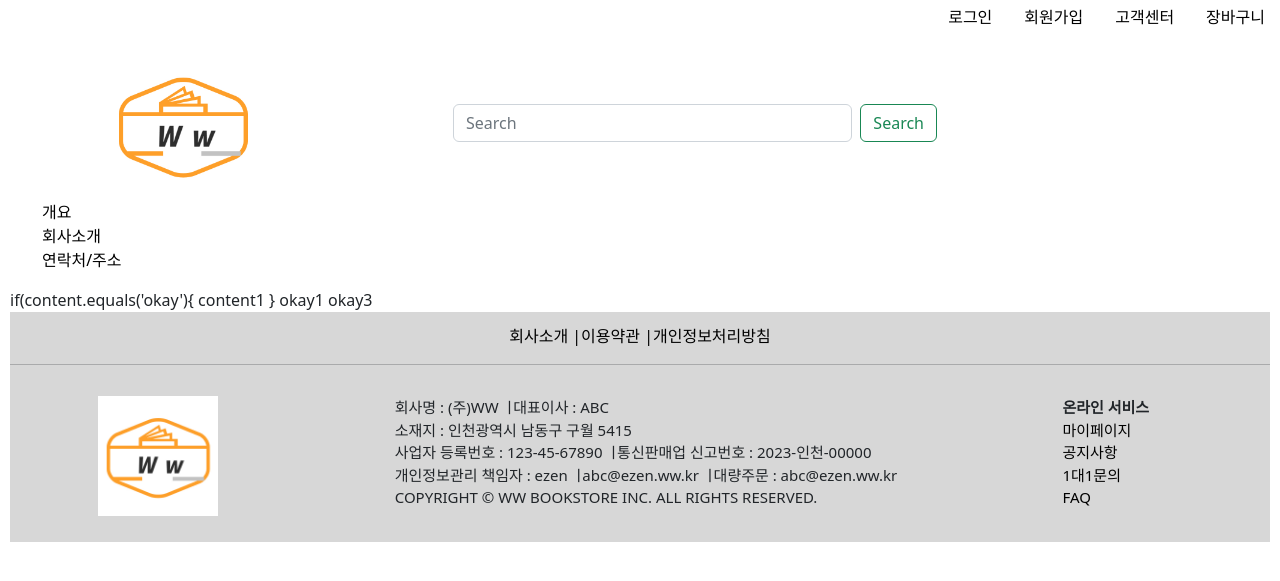
Repository: leehyeonung/project6
Page: http://localhost/book/WEB-INF/views/introduce.jsp
These files come from the project's save history. The page is drawn as it stood at one moment and after the next save; the edit follows.
The browser window is 1280 px wide. The pictures show the whole page.
The page is served by Tomcat 9. Nobody is signed in. Other server files are loaded and not shown. The template is opened directly, without the code that normally fills it, so the values that code supplies are empty.

Above is the page before, as saved 2023-01-07 03:47:59.

### book/src/main/webapp/WEB-INF/views/introduce.jsp
<%@ page language="java" contentType="text/html; charset=UTF-8"
    pageEncoding="UTF-8"%>
<!DOCTYPE html>
<html>
<head>
<meta charset="UTF-8">
<title>Insert title here</title>
<link rel="stylesheet" type="text/css" href="/resources/css/main.css">
<link rel="stylesheet" type="text/css" href="/resources/css/introduce.css">
</head>
<body>
<jsp:include page="./layout/header.jsp"></jsp:include>
<div class="main">
<ul>
	<li><a href="/content?content=okay1">개요</a></li>
	<li><a href="/content?content=okay2">회사소개</a></li>
	<li><a href="/content?content=okay3">연락처/주소</a></li>
</ul>
<c:forEach items="${content}" var="content">
${content}

if(content.equals('okay'){
content1
}

<c:choose>
 <c:when test="${content eq	'okay1'}">
 	okay1
  </c:when>
  <c:otherwise>
  okay3
  </c:otherwise>
  </c:choose>
  </c:forEach>
</div>
<jsp:include page="./layout/footer.jsp"></jsp:include>
</body>
</html>

### book/src/main/webapp/WEB-INF/views/layout/header.jsp
<%@ page language="java" contentType="text/html; charset=UTF-8"
    pageEncoding="UTF-8"%>
<%@ taglib uri="http://java.sun.com/jsp/jstl/core" prefix="c"%>
<!DOCTYPE html>
<html>
<head>
<meta charset="UTF-8">
<title>Insert title here</title>
<!-- CSS only -->
<link href="https://cdn.jsdelivr.net/npm/bootstrap@5.2.2/dist/css/bootstrap.min.css"
rel="stylesheet" integrity="sha384-Zenh87qX5JnK2Jl0vWa8Ck2rdkQ2Bzep5IDxbcnCeuOxjzrPF/et3URy9Bv1WTRi"
crossorigin="anonymous">
<link rel="stylesheet" type="text/css" href="/resources/css/header.css">
</head>
<body>
<div class="header">
    <div class="menu">
        <c:if test="${ses.mem_id ==null}">
        <ul><a href="/mem/loginPage">로그인</a></ul>
        <ul><a href="/mem/joinPage">회원가입</a></ul>
        </c:if>
        <c:if test="${ses.mem_id == 'admin' }">
        <ul><a href="/mem/logOut">로그아웃</a></ul>
        <ul><a href="/mem/adminpage">관리인페이지</a></ul>
        </c:if>
        <c:if test="${ses.mem_id !=null && ses.mem_id !='admin' }">
        <ul><a href="/mem/logOut">로그아웃</a></ul>
        <ul><a href="/mem/mypage">마이페이지</a></ul>
        </c:if>
        <ul><a href="#">고객센터</a></ul>
        <ul><a href="#">장바구니</a></ul>
    </div>
    <div class="bar">
       <div class="logo">
         <a href="/"><img src="/resources/image/logo.jpg" alt="로고"></a>
       </div>
         <div class="searchBar">
            <form class="d-flex" role="search">
                 <input class="form-control me-2" type="search" placeholder="Search" aria-label="Search">
                 <button class="btn btn-outline-success" type="submit">Search</button>
              </form>
         </div>
       <div class="icons">
         <a href=""><i class="fa-solid fa-cart-shopping"></i></a>
            <a href=""><i class="fa-solid fa-user"></i></a>
       </div>
    </div>
</div>
</body>
</html>

### book/src/main/webapp/WEB-INF/views/layout/footer.jsp
<%@ page language="java" contentType="text/html; charset=UTF-8"
   pageEncoding="UTF-8"%>
<!DOCTYPE html>
<html>
<head>
<meta charset="UTF-8">
<title>Insert title here</title>
<link rel="stylesheet" type="text/css" href="/resources/css/footer.css">

</head>

<body>
   <div class="footer">
      <div class="footer-top">
         <ul>
            <li><a href="/introduce">회사소개 | </a></li>
            <li><a href="">이용약관 | </a></li>
            <li><a href="">개인정보처리방침</a></li>
         </ul>
      </div>
      <hr>
      <div class="address">
         <div class="footer-logo">
            <img src="/resources/image/logo.jpg" alt="로고">
         </div>
         <div class="address-box">
            <ul>
               <li>회사명 : (주)WW <span style="margin-right: -7px;">ㅣ</span>
                  대표이사 : ABC
               </li>

               <li>소재지 : 인천광역시 남동구 구월 5415</li>
               <li>사업자 등록번호 : 123-45-67890 <span style="margin-right: -7px;">ㅣ</span>
                  통신판매업 신고번호 : 2023-인천-00000
               </li>

               <li>개인정보관리 책임자 : ezen <span style="margin-right: -7px;">ㅣ</span>
                  abc@ezen.ww.kr <span style="margin-right: -7px;">ㅣ</span> 대량주문 :
                  abc@ezen.ww.kr
               </li>

               <li>COPYRIGHT © WW BOOKSTORE INC. ALL RIGHTS RESERVED.</li>

            </ul>

         </div>
         <div class="online-serviceBar">
            <strong>온라인 서비스</strong>
            <ul>
               <li><a href="">마이페이지</a></li>
               <li><a href="">공지사항</a></li>
               <li><a href="">1대1문의</a></li>
               <li><a href="">FAQ</a></li>
            </ul>
         </div>
      </div>
   </div>

</body>
</html>

### book/src/main/webapp/resources/css/main.css
@charset "UTF-8";

.main{
	width:1260px;
	margin: 0 auto;
}

### book/src/main/webapp/resources/css/introduce.css
@charset "UTF-8";
.intro{
   display: flex;
   justify-content: flex-start;
}

### book/src/main/webapp/resources/css/header.css
body{
    margin:0 auto;
}
.header{
	margin:0 auto;
    width: 1260px;
    height: 200px;
   /*  background-color: pink; */
}
.menu{
   display: flex;
   justify-content: flex-end;
   padding:5px;

}
.logo{
    width: 150px;
    height: 150px;
    background-color: blue;
}
.logo>a>img{
    width: 150px;
    height: 150px;
}
.searchBar{
   /* position:absolute; */
    width: 484px;
    height: 42px;
    /* background-color: gold; */
    margin-top:54px;
    border-radius: 30px;

}
.bar{

   height: 150px;
   display: flex;
   flex-direction: row;
   flex-wrap:nowrap;
   justify-content:space-around;
/*    align-items: baseline; */


}
i{
    font-size: 42px;
    color: black;
    margin-top:54px;
    margin-right: 20px;
}
</style>

### book/src/main/webapp/resources/css/footer.css
.footer {
   width: 1260px;
   height: 230px;
   background-color: rgba(175, 175, 175, 0.5);
   margin: 0 auto;
}

.footer-logo {

   width: 120px;
   height: 120px;
   background-color: beige;
}
.footer-logo>img{
   width: 120px;
   height: 120px;
}

.address-box {
   text-align: left;
   padding: 0;
   margin: 0;
}

.address {
   padding: 15px;
   height: 150px;
   display: flex;
   font-size: 15px;
   /* align-items: baseline; */
   flex-direction: row;
   flex-wrap: nowrap;
   justify-content: space-around;
}

ul {
   list-style: none;
}

.footer, .address li {

}

.footer-top {
   text-align: center;
   padding-top: 12px;
}

.footer-top>ul {
   margin: 0;
   padding: 0;
   display: flex;
   justify-content: center;
}

.footer-top>li {
   margin: 0;
   padding: 0;
}

a {
   text-decoration-line: none;
   color: black;
}

a:visited {
   text-decoration: none;
}

a:hover {
   text-decoration: none;
}

a:focus {
   text-decoration: none;
}

a:hover, a:active {
   text-decoration: none;
}

.online-serviceBar {
   padding: 0px;
   margin-left: 20px;
   width: 120px;
   height: 120px;
}

.online-serviceBar>ul {
   margin: 0px;
   padding: 0px;
}

</style>

After the next save:
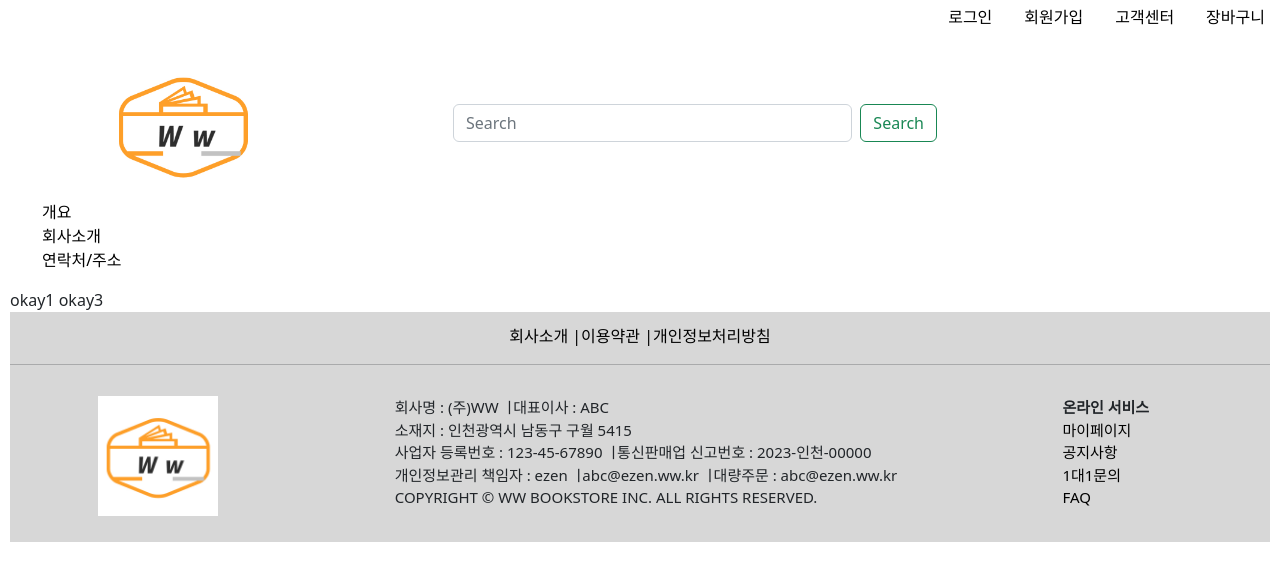
Saved 99 min 3 s later.
--- a/book/src/main/webapp/WEB-INF/views/introduce.jsp
+++ b/book/src/main/webapp/WEB-INF/views/introduce.jsp
@@ -19,11 +19,8 @@
 <c:forEach items="${content}" var="content">
 ${content}
 
-if(content.equals('okay'){
-content1
-}
 
-<c:choose>
+<c:hoose>
  <c:when test="${content eq	'okay1'}">
  	okay1
   </c:when>
